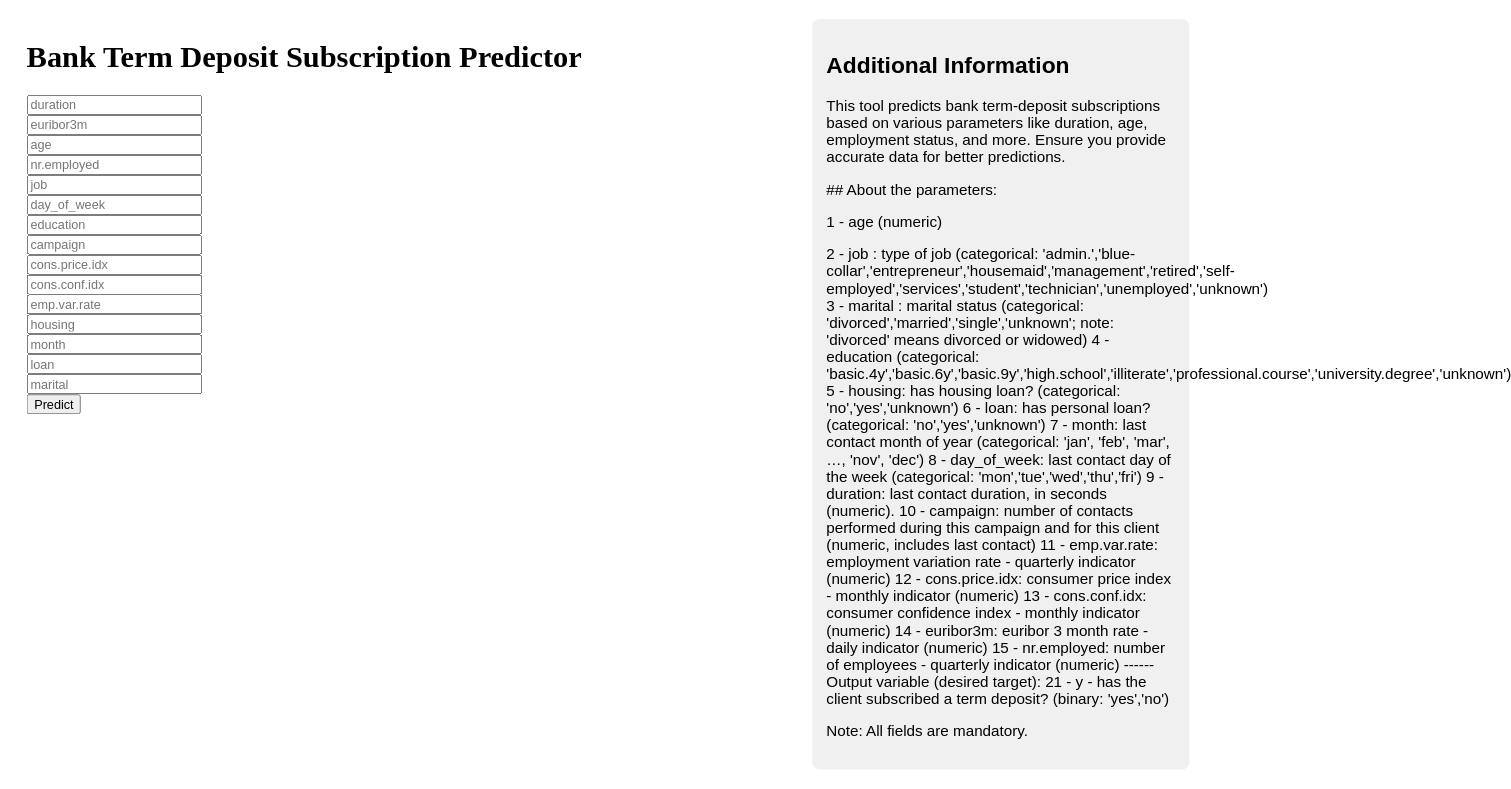
Repository: sameerhussain6/End-to-End-ML-Bank-term-Prediction
Page: templates/home.html
An editor plug-in stored every save of this project. The page is shown before and after the next save, followed by the edit.
The browser window is 1280 px wide. The page is 1591 px wide, so the pictures cover 1591 px, including what lies to the right of the window. The pictures show the whole page, at 95% of full size.
Some web fonts or font styles are not loaded; a fallback is used. The template is drawn by Flask 3. The application's start-up code is not run. The template is opened directly, without the code that normally fills it, so the values that code supplies are empty.

Above is the page before, as saved 2025-01-31 19:23:49.

After the next save:
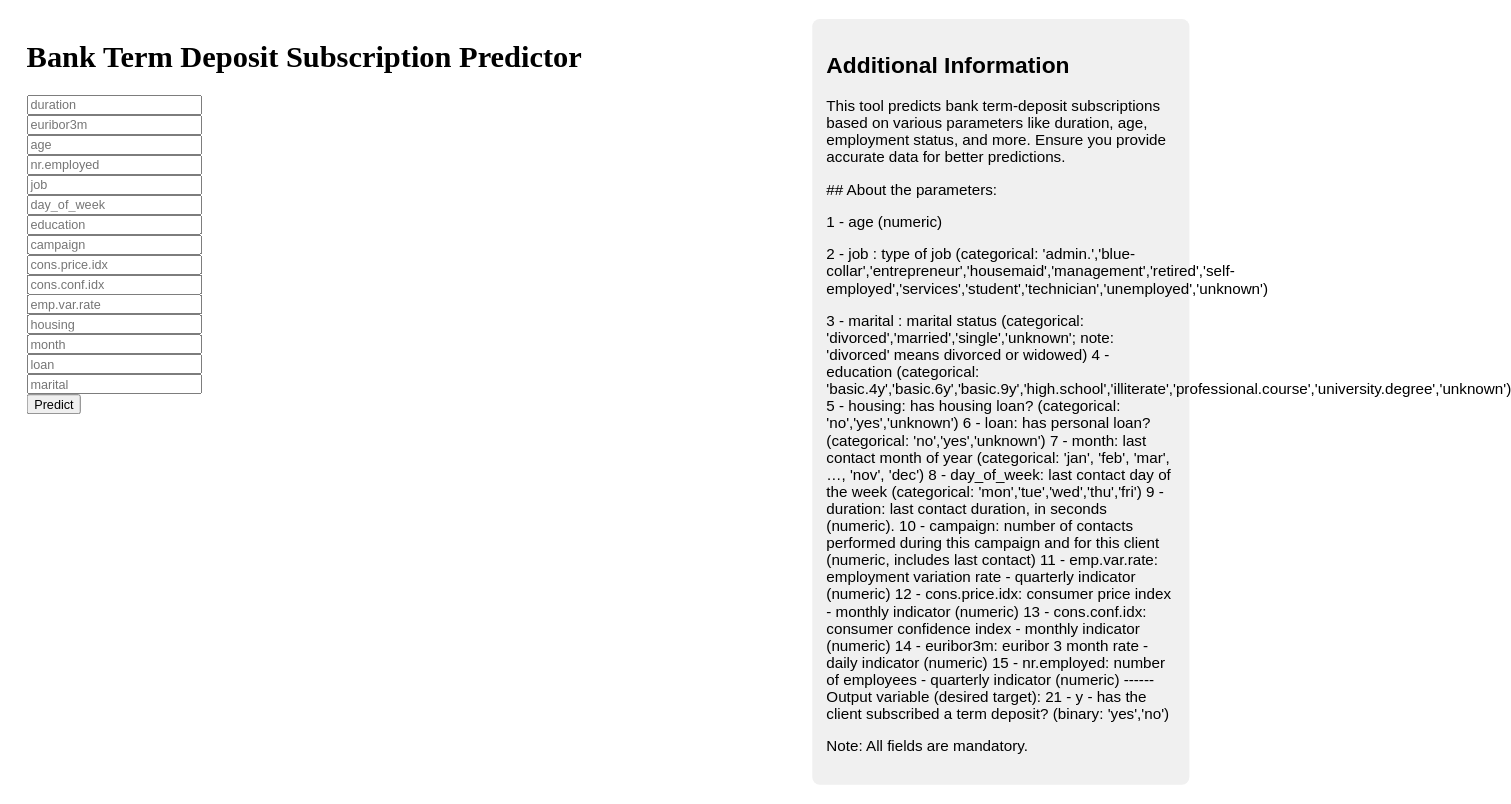
Saved 24 s later.
--- a/templates/home.html
+++ b/templates/home.html
@@ -62,7 +62,7 @@
         and more. Ensure you provide accurate data for better predictions.</p>
       </p>## About the parameters:</p>
     </p>1 - age (numeric)</p>
-        2 - job : type of job (categorical: 'admin.','blue-collar','entrepreneur','housemaid','management','retired','self-employed','services','student','technician','unemployed','unknown')
+    </p> 2 - job : type of job (categorical: 'admin.','blue-collar','entrepreneur','housemaid','management','retired','self-employed','services','student','technician','unemployed','unknown')</p>
         3 - marital : marital status (categorical: 'divorced','married','single','unknown'; note: 'divorced' means divorced or widowed)
         4 - education (categorical: 'basic.4y','basic.6y','basic.9y','high.school','illiterate','professional.course','university.degree','unknown')
         5 - housing: has housing loan? (categorical: 'no','yes','unknown')
